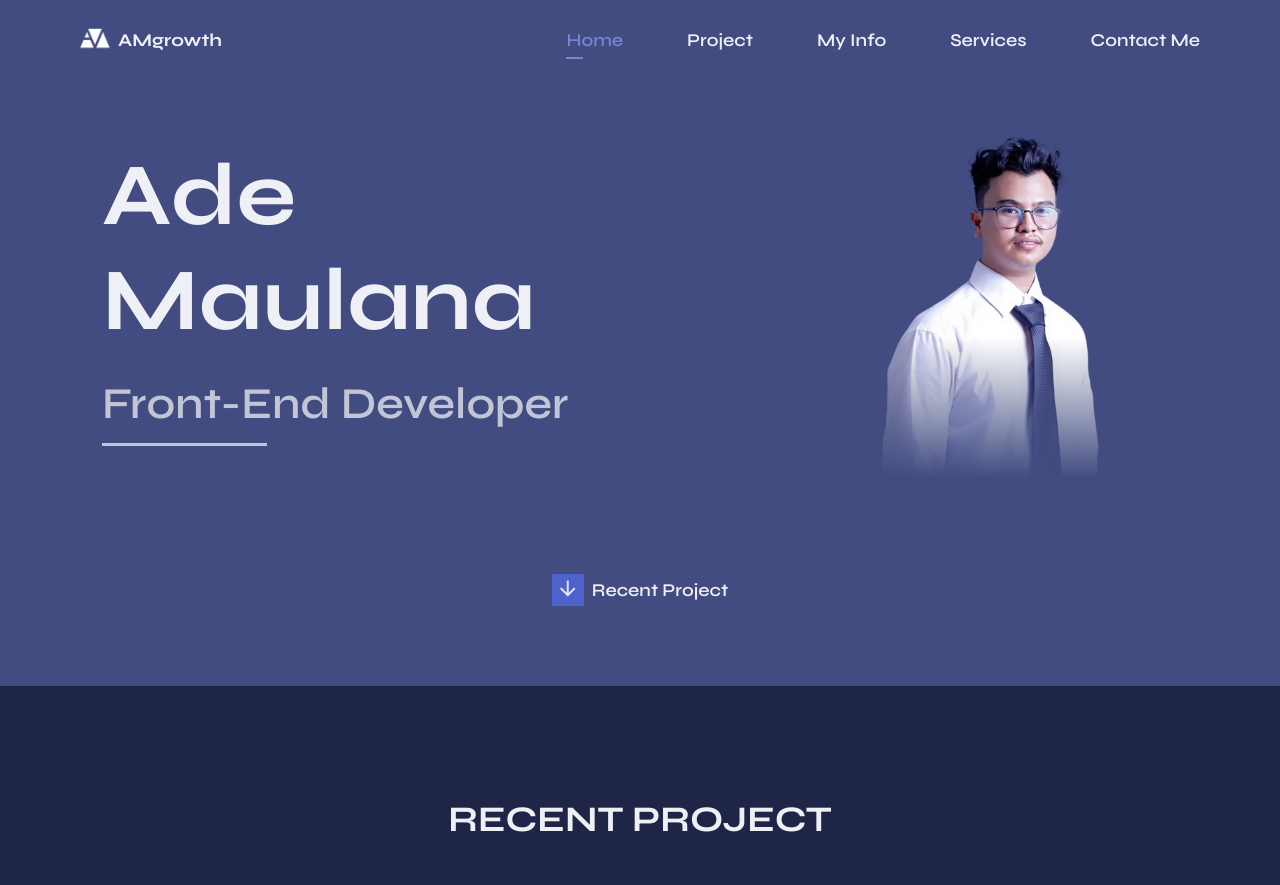
Repository: Ademaulana100499/portofolio
Page: index.html
These files come from the project's save history. The page is drawn as it stood at one moment and after the next save; the edit follows.
The browser window is 1280 px wide. The pictures show the part of the page from y = 0 to 885 px (the page is 6336 px tall).
A picture or video elsewhere on the page could not be fetched, so the positions and the page height are approximate. Some web fonts or font styles are not loaded; a fallback is used.

Above is the page before, as saved 2024-12-02 13:47:27.

After the next save:
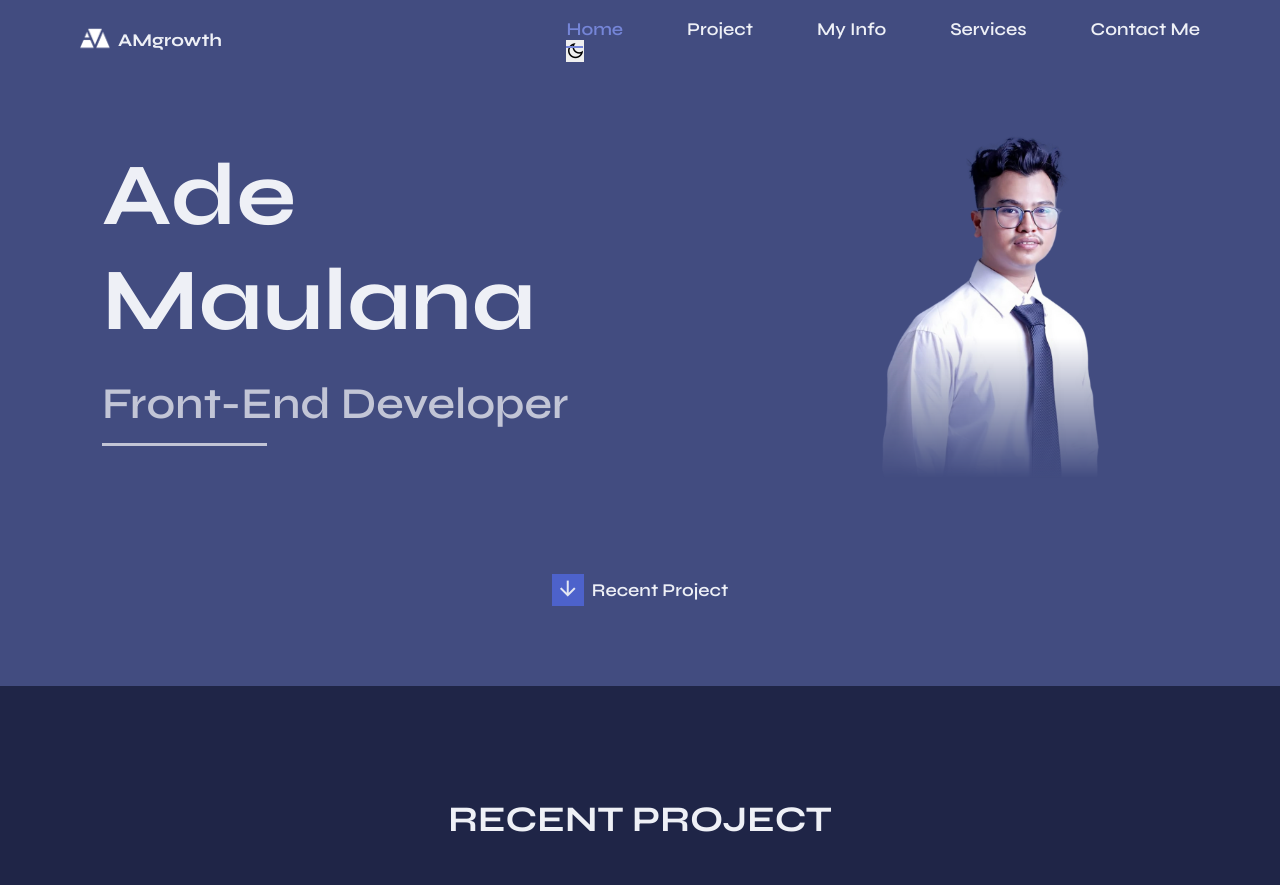
Saved 2 min 46 s later.
--- a/index.html
+++ b/index.html
@@ -40,6 +40,9 @@
               <a href="#contact" class="nav__link">Contact Me</a>
             </li>
           </ul>
+          <button class="theme-switch">
+            <i class="ri-moon-line"></i>
+          </button>
           <!-- Close Button -->
           <div class="nav__close" id="nav-close">
             <i class="ri-close-line"></i>
